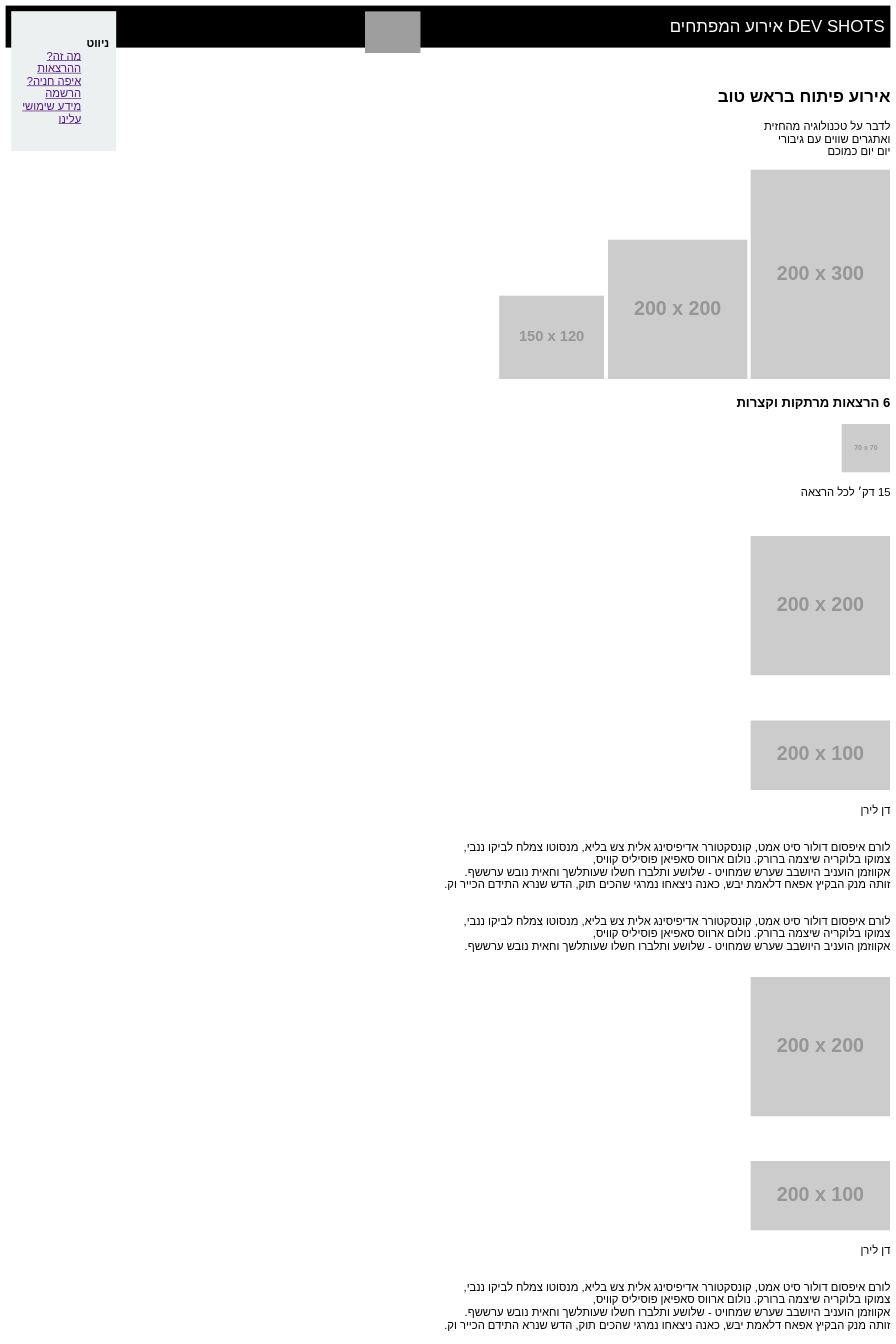
Repository: Julian-Escobar/DevShots
Page: index.html
These files come from the project's save history. The page is drawn as it stood at one moment and after the next save; the edit follows.
The browser window is 1280 px wide. The pictures show the part of the page from y = 0 to 1920 px (the page is 7870 px tall), at 70% of full size.
Pictures or frames that could not be fetched are drawn as grey boxes.

Above is the page before, as saved 2018-08-25 16:35:47.

### index.html
<!DOCTYPE HTML>
<html>
  <head>
      <link rel="stylesheet" href="style.css">
        <style>

                body{
                    text-align: right;
                    direction: rtl;
                }
        </style>
  </head>
  <body>
      <!--header-->
       <header>
        <h2 class="title">   DEV SHOTS אירוע המפתחים  </h2>
       <div ><a ></a><img class="netcraftlogo" src="https://cdn.dribbble.com/users/277968/screenshots/1639449/netcraftdev_1x.png" alt="netcraft logo"></a> </div>
        <div class="dropdownnav"> <nav>
            <dl>
              <dt><b>ניווט</b></dt>
                <dd> <a class="navlink" href=""> מה זה? </a> </dd><dd> <a class="nav link" href=""> ההרצאות </a> </dd>
                <dd> <a class="navlink" href=""> איפה חניה? </a> </dd>
                <dd> <a class="navlink" href=""> הרשמה </a> </dd>
                <dd> <a class="navlink" href=""> מידע שימושי </a> </dd>
                <dd> <a class="navlink" href=""> עלינו </a> </dd>
            </dl>
        </nav> </div>
       </header>
       <br> <br>

       <!--section 1-->
       <section class="section1 conteiner" >
               <div> <h1 class="secondtitle">אירוע פיתוח בראש טוב</h1>
                     <p> לדבר על טכנולוגיה מהחזית <br>ואתגרים שווים עם גיבורי<br> יום יום כמוכם</p>
               </div>
          <a class="robot 1"href="https://placeholder.com"><img src="https://via.placeholder.com/200x300" alt="robot1 image"></a>
          <a class="robot 2"href="https://placeholder.com"><img src="https://via.placeholder.com/200x200" alt="robot2 image"></a>
          <a class="robot 3"href="https://placeholder.com"><img src="https://via.placeholder.com/150x120" alt="robot3 image"></a>
       </section>

              <!--section 2 lectures-->
        <section class="section2 conteiner">
                    <h3>6 הרצאות מרתקות וקצרות</h3>
                    <div class="lecture time"> <a class="clock icon"href="https://placeholder.com"><img src="https://via.placeholder.com/70x70"alt="clock icon"> </a>
                    <p>15 דק׳ לכל הרצאה</p></div>
                    <br>
                    <br>

                  <article class="lecture container">
                            <a class="prof picture"href="https://placeholder.com"><img src="https://via.placeholder.com/200x200" alt="lecturer photo"></a>
                             <h3 class="card title">חומריות בעולם הגידיטל</h3>
                             <a class="bubble image"href="https://placeholder.com"><img src="https://via.placeholder.com/200x100"alt="bubble image"></a>
                                <p class="prof name">דן לירן</p> </div>
                                <p class=><br>לורם איפסום דולור סיט אמט, קונסקטורר אדיפיסינג אלית צש בליא, מנסוטו צמלח לביקו ננבי,
                                        <br>צמוקו בלוקריה שיצמה ברורק. נולום ארווס סאפיאן פוסיליס קוויס,
                                        <br>אקווזמן הועניב היושבב שערש שמחויט - שלושע ותלברו חשלו שעותלשך וחאית נובש ערששף.
                                        <br> זותה מנק הבקיץ אפאח דלאמת יבש, כאנה ניצאחו נמרגי שהכים תוק, הדש שנרא התידם הכייר וק.</p>
                                    <p><br>לורם איפסום דולור סיט אמט, קונסקטורר אדיפיסינג אלית צש בליא, מנסוטו צמלח לביקו ננבי,
                                        <br> צמוקו בלוקריה שיצמה ברורק. נולום ארווס סאפיאן פוסיליס קוויס,
                                        <br>  אקווזמן הועניב היושבב שערש שמחויט - שלושע ותלברו חשלו שעותלשך וחאית נובש ערששף. </p>

                 </article>
                 <br>
                 <article class="lecture container">
                        <a class="prof picture"href="https://placeholder.com"><img src="https://via.placeholder.com/200x200"alt="lecturer photo"></a>
                         <h3 class="card title">חומריות בעולם הגידיטל</h3>
                         <a class="bubble image"href="https://placeholder.com"><img src="https://via.placeholder.com/200x100"alt="bubble image"></a>
                            <p class="prof name">דן לירן</p> </div>
                            <p class=><br>לורם איפסום דולור סיט אמט, קונסקטורר אדיפיסינג אלית צש בליא, מנסוטו צמלח לביקו ננבי,
                                    <br>צמוקו בלוקריה שיצמה ברורק. נולום ארווס סאפיאן פוסיליס קוויס,
                                    <br>אקווזמן הועניב היושבב שערש שמחויט - שלושע ותלברו חשלו שעותלשך וחאית נובש ערששף.
                                    <br> זותה מנק הבקיץ אפאח דלאמת יבש, כאנה ניצאחו נמרגי שהכים תוק, הדש שנרא התידם הכייר וק.</p>
                                <p><br>לורם איפסום דולור סיט אמט, קונסקטורר אדיפיסינג אלית צש בליא, מנסוטו צמלח לביקו ננבי,
                                    <br> צמוקו בלוקריה שיצמה ברורק. נולום ארווס סאפיאן פוסיליס קוויס,
                                    <br>  אקווזמן הועניב היושבב שערש שמחויט - שלושע ותלברו חשלו שעותלשך וחאית נובש ערששף. </p>

             </article>

             <br>
             <article class="lecture container">
                    <a class="prof picture"href="https://placeholder.com"><img src="https://via.placeholder.com/200x200"alt="lecturer photo"></a>
                    <h3 class="card title">חומריות בעולם הגידיטל</h3>
                     <a class="bubble image"href="https://placeholder.com"><img src="https://via.placeholder.com/200x100"alt="bubble image"></a>
                        <p class="prof name">דן לירן</p> </div>
                        <p class=><br>לורם איפסום דולור סיט אמט, קונסקטורר אדיפיסינג אלית צש בליא, מנסוטו צמלח לביקו ננבי,
                                <br>צמוקו בלוקריה שיצמה ברורק. נולום ארווס סאפיאן פוסיליס קוויס,
                                <br>אקווזמן הועניב היושבב שערש שמחויט - שלושע ותלברו חשלו שעותלשך וחאית נובש ערששף.
                                <br> זותה מנק הבקיץ אפאח דלאמת יבש, כאנה ניצאחו נמרגי שהכים תוק, הדש שנרא התידם הכייר וק.</p>
                            <p><br>לורם איפסום דולור סיט אמט, קונסקטורר אדיפיסינג אלית צש בליא, מנסוטו צמלח לביקו ננבי,
                                <br> צמוקו בלוקריה שיצמה ברורק. נולום ארווס סאפיאן פוסיליס קוויס,
                                <br>  אקווזמן הועניב היושבב שערש שמחויט - שלושע ותלברו חשלו שעותלשך וחאית נובש ערששף. </p>

         </article>
         <br>

         <article class="lecture container">
                <a class="prof picture"href="https://placeholder.com"><img src="https://via.placeholder.com/200x200"alt="lecturer photo"></a>
                <h3 class="card title">חומריות בעולם הגידיטל</h3>
                <a class="bubble image"href="https://placeholder.com"><img src="https://via.placeholder.com/200x100"alt="bubble image"></a>
                    <p class="prof name">דן לירן</p> </div>
                    <p class=><br>לורם איפסום דולור סיט אמט, קונסקטורר אדיפיסינג אלית צש בליא, מנסוטו צמלח לביקו ננבי,
                            <br>צמוקו בלוקריה שיצמה ברורק. נולום ארווס סאפיאן פוסיליס קוויס,
                            <br>אקווזמן הועניב היושבב שערש שמחויט - שלושע ותלברו חשלו שעותלשך וחאית נובש ערששף.
                            <br> זותה מנק הבקיץ אפאח דלאמת יבש, כאנה ניצאחו נמרגי שהכים תוק, הדש שנרא התידם הכייר וק.</p>
                        <p><br>לורם איפסום דולור סיט אמט, קונסקטורר אדיפיסינג אלית צש בליא, מנסוטו צמלח לביקו ננבי,
                            <br> צמוקו בלוקריה שיצמה ברורק. נולום ארווס סאפיאן פוסיליס קוויס,
                            <br>  אקווזמן הועניב היושבב שערש שמחויט - שלושע ותלברו חשלו שעותלשך וחאית נובש ערששף. </p>

     </article>
     <br>

     <article class="lecture container">
            <a class="prof picture"href="https://placeholder.com"><img src="https://via.placeholder.com/200x200"alt="lecturer photo"></a>
             <h3 class="card title">חומריות בעולם הגידיטל</h3>
             <a class="bubble image"href="https://placeholder.com"><img src="https://via.placeholder.com/200x100"alt="bubble image"></a>
                <p class="prof name">דן לירן</p> </div>
                <p class=><br>לורם איפסום דולור סיט אמט, קונסקטורר אדיפיסינג אלית צש בליא, מנסוטו צמלח לביקו ננבי,
                        <br>צמוקו בלוקריה שיצמה ברורק. נולום ארווס סאפיאן פוסיליס קוויס,
                        <br>אקווזמן הועניב היושבב שערש שמחויט - שלושע ותלברו חשלו שעותלשך וחאית נובש ערששף.
                        <br> זותה מנק הבקיץ אפאח דלאמת יבש, כאנה ניצאחו נמרגי שהכים תוק, הדש שנרא התידם הכייר וק.</p>
                    <p><br>לורם איפסום דולור סיט אמט, קונסקטורר אדיפיסינג אלית צש בליא, מנסוטו צמלח לביקו ננבי,
                        <br> צמוקו בלוקריה שיצמה ברורק. נולום ארווס סאפיאן פוסיליס קוויס,
                        <br>  אקווזמן הועניב היושבב שערש שמחויט - שלושע ותלברו חשלו שעותלשך וחאית נובש ערששף. </p>

 </article>

 <br>
 <article class="lecture container">
        <a class="prof picture"href="https://placeholder.com"><img src="https://via.placeholder.com/200x200"alt="lecturer photo"></a>
         <h3 class="card title">חומריות בעולם הגידיטל</h3>
         <a class="bubble image"href="https://placeholder.com"><img src="https://via.placeholder.com/200x100"alt="bubble image"></a>
            <p class="prof name">דן לירן</p> </div>
            <p class=><br>לורם איפסום דולור סיט אמט, קונסקטורר אדיפיסינג אלית צש בליא, מנסוטו צמלח לביקו ננבי,
                    <br>צמוקו בלוקריה שיצמה ברורק. נולום ארווס סאפיאן פוסיליס קוויס,
                    <br>אקווזמן הועניב היושבב שערש שמחויט - שלושע ותלברו חשלו שעותלשך וחאית נובש ערששף.
                    <br> זותה מנק הבקיץ אפאח דלאמת יבש, כאנה ניצאחו נמרגי שהכים תוק, הדש שנרא התידם הכייר וק.</p>
                <p><br>לורם איפסום דולור סיט אמט, קונסקטורר אדיפיסינג אלית צש בליא, מנסוטו צמלח לביקו ננבי,
                    <br> צמוקו בלוקריה שיצמה ברורק. נולום ארווס סאפיאן פוסיליס קוויס,
                    <br>  אקווזמן הועניב היושבב שערש שמחויט - שלושע ותלברו חשלו שעותלשך וחאית נובש ערששף. </p>
</article>
<div> <a class="robot4"> <img src="https://via.placeholder.com/70x70"alt="robot4 image"> </a></div>
</section>


<!--section 3 directions-->

<section>
    <article>
    <h4> אז איפה שמים את האוטו?</h4>
    <p>ועוד כמה פרטים חשובים...</p>
    <p> הערב יערך במועדון הסבל</p>
    <address> דרך שלומו 53, תל אביב</address>
 <div class="buses container">
       <hr class=line1>
       <p>מתכנסים בשעה</p>
       <p><big> 18:30 </big></p>
       <hr class=line1>
       <dl>
            <dt>חניה</dt>
              <hr class=line1>
              <dd>1. חניון אלי פלט</dd>
              <dd>2. רחוב אלפסי</dd>
              <dd>3. רחוב חיים בן אתר</dd>
       </dl>
 </div>

 <div class="buses container">
                <hr class=line1>
                <p>מתחילים בשעה:</p>
                <p><big> 19:00 </big></p>
                <hr class=line1>
                <dl>

                     <dt>אוטובוסים</dt>
                       <hr class=line1>
                       <dd>1. רכבת מרכז - 142,42</dd>
                       <dd>2. תחנה מרכזית - 163, 201, 96</dd>
                </dl>
 </div>
 <div class="map">
        <a class="map"> <img src="https://via.placeholder.com/400x400" alt="map image"> </a></div>
        <a class="lupa"> <img src="https://via.placeholder.com/15x15" alt="lupa icon"> </a></div>
        <a href="url">למפה המלאה</a>
</div> </article> </section>
<br>

<!--section 4 contact-->
<h5> הרשמה </h5>
<p>הכניסה היא בחינם אבל מספר המקומות מצומצם.</p>
<p> הערב יערך במועדון הסבנשמח אם תרשמו רק אם אתם מתכוונים להגיע- כדי שלא נסרב למישהו אחר</p>
<hr class=line3>
<p>כל הפרטים אישיים ישארו חסומים ולא נעביא אותם לאף אחד</p>
<hr class=line3>
<br>
<br>

<form action="" method="post">
    <div>
        <label for="name">שם מלא</label>
        <input type="text" placeholder="פרטי וגם משפחה" id="name" name="user_name">
    </div>
    <div>
        <label for="position">תפקיד</label>
        <input  type="position" placeholder="מה אתם עושים ביום יום" id="position" name="user_position">
    </div>
    <div>
            <label for="organization">ארגון</label>
            <input  type="organization" placeholder="מי משלם לכם משכורת" id="organization" name="user_organization">
        </div>
    <div>
            <label for="phone">מספר טלפון</label>
            <input  type="phone" placeholder="או סלולרי, לנו זה לא איכפת" id="phone" name="user_phone">
        </div>
        <div>
                <label for="friends">יש חברים?</label>
                <input  type="friends" placeholder="יש מלא אבל אני בא לבד" id="friends" name="user_friends">
            </div>
            <button name="button">זהו שלח אותי</button>
    </form>
    <br>

<!--section 5 Useful information-->

<section>
    <h6><big>מידע שימושי</big></h6>

    <article> <div class="card2"> <a class="card2 image"> <img src="https://via.placeholder.com/100x100"alt="card image"></a><h3 class="car2 title">קונסקטורר אדיפיסינג אלית</h3>
        <p class="p card2">לורם איפסום דולור סיט אמט, קונסקטורר אדיפיסינג אלית נולום ארווס סאפיאן - פוסיליס קוויס, אקווזמן קולורס מונפרד אדנדום סילקוף, מרגשי ומרגשח</p>
    </div></article>

    <article> <div class="card2"> <a class="card2 image"> <img src="https://via.placeholder.com/100x100"alt="card image"></a><h3 class="car2 title">קונסקטורר אדיפיסינג אלית</h3>
        <p class="p card2">לורם איפסום דולור סיט אמט, קונסקטורר אדיפיסינג אלית נולום ארווס סאפיאן - פוסיליס קוויס, אקווזמן קולורס מונפרד אדנדום סילקוף, מרגשי ומרגשח</p>
    </div></article>

    <article> <div class="card2"> <a class="card2 image"> <img src="https://via.placeholder.com/100x100"alt="card image"></a><h3 class="car2 title">קונסקטורר אדיפיסינג אלית</h3>
        <p class="p card2">לורם איפסום דולור סיט אמט, קונסקטורר אדיפיסינג אלית נולום ארווס סאפיאן - פוסיליס קוויס, אקווזמן קולורס מונפרד אדנדום סילקוף, מרגשי ומרגשח</p>
    </div></article>

    <article> <div class="card2"> <a class="card2 image"> <img src="https://via.placeholder.com/100x100"alt="card image"></a><h3 class="car2 title">קונסקטורר אדיפיסינג אלית</h3>
        <p class="p card2">לורם איפסום דולור סיט אמט, קונסקטורר אדיפיסינג אלית נולום ארווס סאפיאן - פוסיליס קוויס, אקווזמן קולורס מונפרד אדנדום סילקוף, מרגשי ומרגשח</p>
    </div></article>

    <article> <div class="card2"> <a class="card2 image"> <img src="https://via.placeholder.com/100x100"alt="card image"></a><h3 class="car2 title">קונסקטורר אדיפיסינג אלית</h3>
        <p class="p card2">לורם איפסום דולור סיט אמט, קונסקטורר אדיפיסינג אלית נולום ארווס סאפיאן - פוסיליס קוויס, אקווזמן קולורס מונפרד אדנדום סילקוף, מרגשי ומרגשח</p>
    </div></article>

    <article> <div class="card2"> <a class="card2 image"> <img src="https://via.placeholder.com/100x100"alt="card image"></a><h3 class="car2 title">קונסקטורר אדיפיסינג אלית</h3>
        <p class="p card2">לורם איפסום דולור סיט אמט, קונסקטורר אדיפיסינג אלית נולום ארווס סאפיאן - פוסיליס קוויס, אקווזמן קולורס מונפרד אדנדום סילקוף, מרגשי ומרגשח</p>
    </div></article>

    <a class="bottom robot"> <img src="https://via.placeholder.com/200x100"></a>
</section>

<!--section 6 footer-->
<section>
    <div class="footer div"><H3 class="footer title"> קצת עלינו</H3></div>
            <sec> <div class="footer components"> <a class="netcraft logo"> <img src="https://via.placeholder.com/100x30"alt="net craft logo"></a> </div>
            <div class="footer components"><p><b><big> נטפרפט </big></b>ורם איפסום דולור סיט אמט, קונסקטורר אדיפיסינג אלית נולום ארווס סאפיאן - פוסיליס קוויס, אקווזמן קולורס מונפרד אדנדום סילקוף, מרגשי ומרגשח. עמחליף גולר מונפרר סוברט</p></div>
            <div class="footer components"> <a class="logo"> <img src="https://via.placeholder.com/30x30"></a> <p>לורם איפסום דולור סיט אמט</p> </div>
            <div class="footer components"> <a class="logo"> <img src="https://via.placeholder.com/30x30"></a> <p>לורם איפסום דולור סיט אמט</p> </div>
            <div class="footer components"> <a class="logo"> <img src="https://via.placeholder.com/30x30"></a> <p>לורם איפסום דולור סיט אמט</p> </div>
            <div class="footer components"> <a class="logo"> <img src="https://via.placeholder.com/30x30"></a> <p>לורם איפסום דולור סיט אמט</p> </div>

            <div class="footer detail"> <p> איפסום דולור סיט אמט | איפסום דולור סיט אמט | איפסום דולור סיט אמט | some info@here </p> <a class="logo netcraft small"> <img src="https://via.placeholder.com/30x12"alt="netcraft logo"></a>  </div></sec>
</section>

  </body>
</html>

### style.css
html {
    -moz-box-sizing: border-box;
    box-sizing: border-box;
}

*,
*:before,
*:after {
    box-sizing: inherit;
}

@font-face {
    font-family: 'Rubik', sans-serif;
    src: url("hhttps://fonts.googleapis.com/css?family=Rubik" );
}

body{
    font-family: 'Rubik', sans-serif;
}
header{
    display: flex;
    padding: 8px;
    justify-content: space-between;
    align-content: center;
    background-color: black;
    height: 60px;
    }

.title {
    font-weight: 100;
    color: white;
    align-self: center;
}
.dropdownnav {
    display: flex;
    background-color: #ecf0f1;
    padding: 10px;
    width: 150px;
    height: 200px;
    align-items: center;

}
.netcraftlogo {
    height:60px;
    align-self: center;

    }

    .navtitle{
        background-color: yellow;
    }

After the next save:
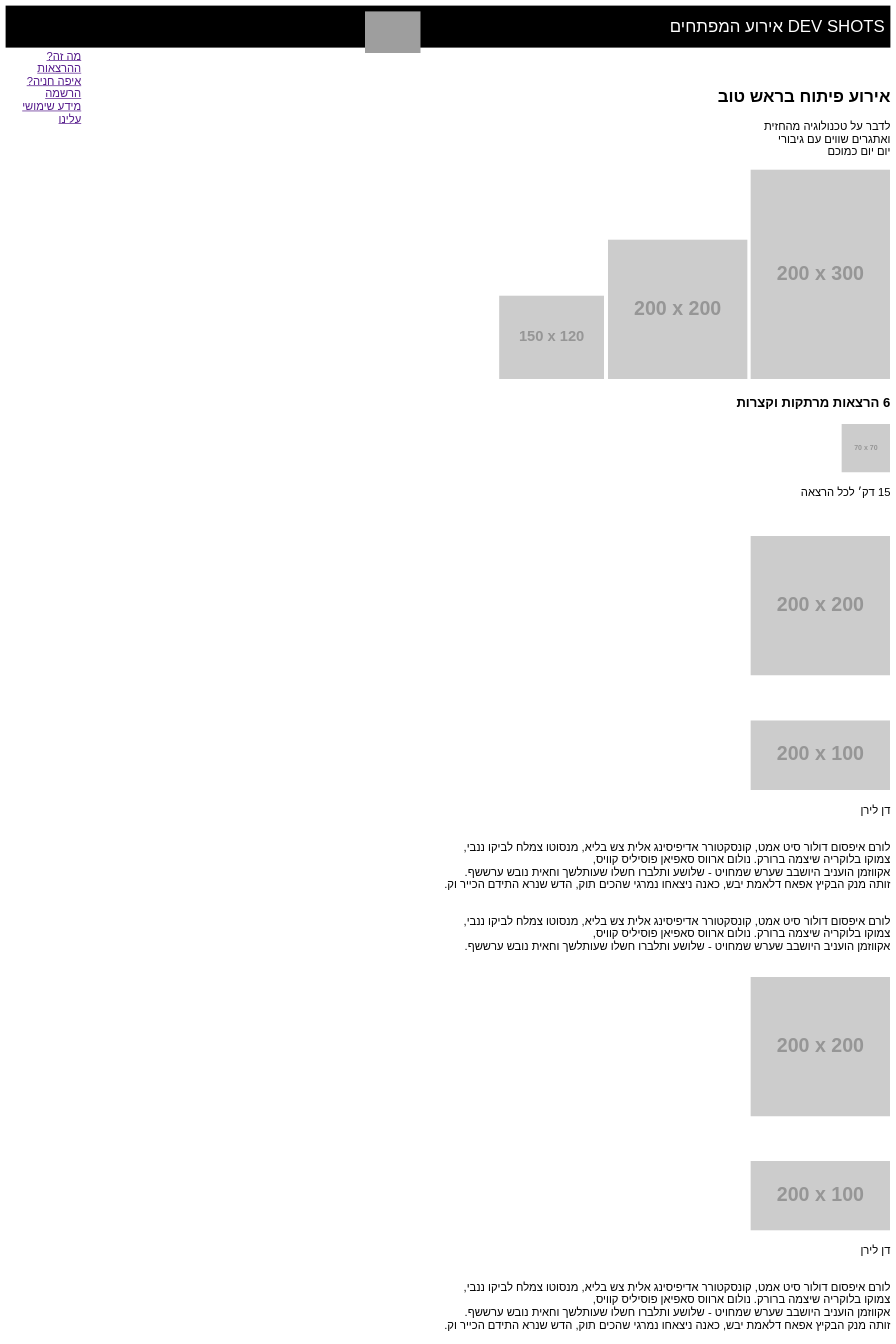
Saved 56 s later.
--- a/style.css
+++ b/style.css
@@ -33,7 +33,6 @@ header{
 }
 .dropdownnav {
     display: flex;
-    background-color: #ecf0f1;
     padding: 10px;
     width: 150px;
     height: 200px;
